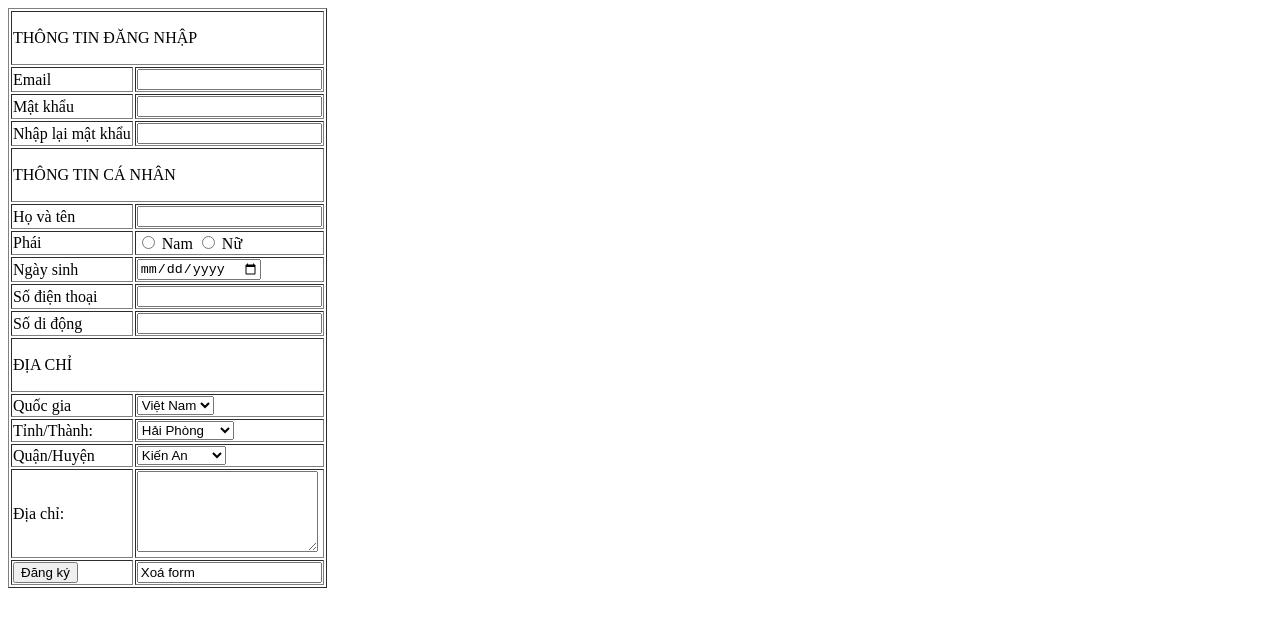
Repository: Vanh260703/Java-Servlet
Page: Bai1_HelloWorld/src/main/webapp/vidu.html
The author's editor kept a copy of each file at every save. The page is drawn from the files as they stood at one save, then again after the next save.
The browser window is 1280 px wide. The pictures show the whole page.

Above is the page before, as saved 2025-02-28 16:19:50.

### Bai1_HelloWorld/src/main/webapp/vidu.html
<!DOCTYPE html>
<html>
<head>
<meta charset="UTF-8">
<title>Insert title here</title>
</head>
<body>
	<table border = "1">
		<tbody>
			<tr>
				<td colspan = "2"><p>THÔNG TIN ĐĂNG NHẬP</p></td>
			</tr>
			<tr>
				<td>
					<label>Email</label>
				</td>
				<td>
					<input type = "email">
				</td>
			</tr>
			<tr>
				<td>
					<label>Mật khẩu</label>
				</td>
				<td>
					<input type = "password">
				</td>
			</tr>
			<tr>
				<td>
					<label>Nhập lại mật khẩu</label>
				</td>
				<td>
					<input type = "password">
				</td>
			</tr>
			<tr>
				<td colspan = "2"><p>THÔNG TIN CÁ NHÂN</p></td>
			</tr>
			<tr>
				<td>
					<label>Họ và tên</label>
				</td>
				<td>
					<input type = "text">
				</td>
			</tr>
			<tr>
				<td>
					<label>Phái</label>
				</td>
				<td>
					<input type = "radio" id = "male" name = "male" value = "male">
					<label for = "male">Nam</label>
					<input type = "radio" id = "female" name = "female" value = "female">
					<label for = "male">Nữ</label>
				</td>
			</tr>
			<tr>
				<td>
					<label>Ngày sinh</label>
				</td>
				<td>
					<input type = "date">
				</td>
			</tr>
			<tr>
				<td>
					<label>Số điện thoại</label>
				</td>
				<td>
					<input type = "number">
				</td>
			</tr>
			<tr>
				<td>
					<label>Số di động</label>
				</td>
				<td>
					<input type = "tel">
				</td>
			</tr>
			<tr>
				<td colspan = "2"><p>ĐỊA CHỈ</p></td>
			</tr>
			<tr>
				<td>
					<label>Quốc gia</label>
				</td>
				<td>
					<select name = "region" id = "region">
						<option value = "VietNam">Việt Nam</option>
						<option value = "English">Anh</option>
						<option value = "American">Mỹ</option>
					</select>
				</td>
			</tr>
			<tr>
				<td>
					<label>Tỉnh/Thành:</label>
				</td>
				<td>
					<select name = "city" id = "city">
						<option value = "HaiPhong">Hải Phòng</option>
						<option value = "HN">Hà Nội</option>
						<option value = "HCM">Hồ Chí Minh</option>
					</select>
				</td>
			</tr>
			<tr>
				<td>
					<label>Quận/Huyện</label>
				</td>
				<td>
					<select name = "district" id = "city">
						<option value = "KienAn">Kiến An</option>
						<option value = "LeChan">Lê Chân</option>
						<option value = "HongBang">Hồng Bàng</option>
					</select>
				</td>
			</tr>
			<tr>
				<td>
					<label>Địa chỉ:</label>
				</td>
				<td>
					<textarea rows="5" cols="" name = "location" id = "location"></textarea>
				</td>
			</tr>
			<tr>
				<td>
					<input type = "submit" id = "submit" value = "Đăng ký">
				</td>
				<td>
					<input type = "rest" id = "delete" value = "Xoá form">
				</td>
			</tr>
		</tbody>
	</table>

</body>
</html>

After the next save:
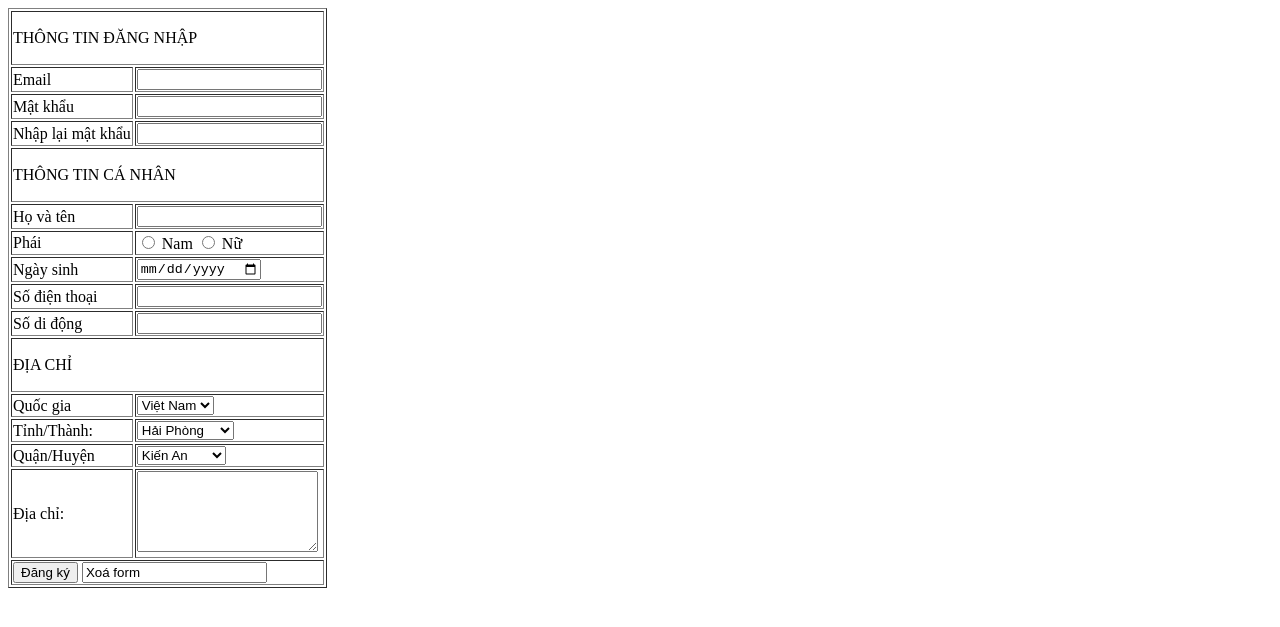
Saved 45 s later.
--- a/Bai1_HelloWorld/src/main/webapp/vidu.html
+++ b/Bai1_HelloWorld/src/main/webapp/vidu.html
@@ -128,10 +128,8 @@
 				</td>
 			</tr>
 			<tr>
-				<td>
+				<td colspan = "2">
 					<input type = "submit" id = "submit" value = "Đăng ký">
-				</td>
-				<td>
 					<input type = "rest" id = "delete" value = "Xoá form">
 				</td>
 			</tr>
